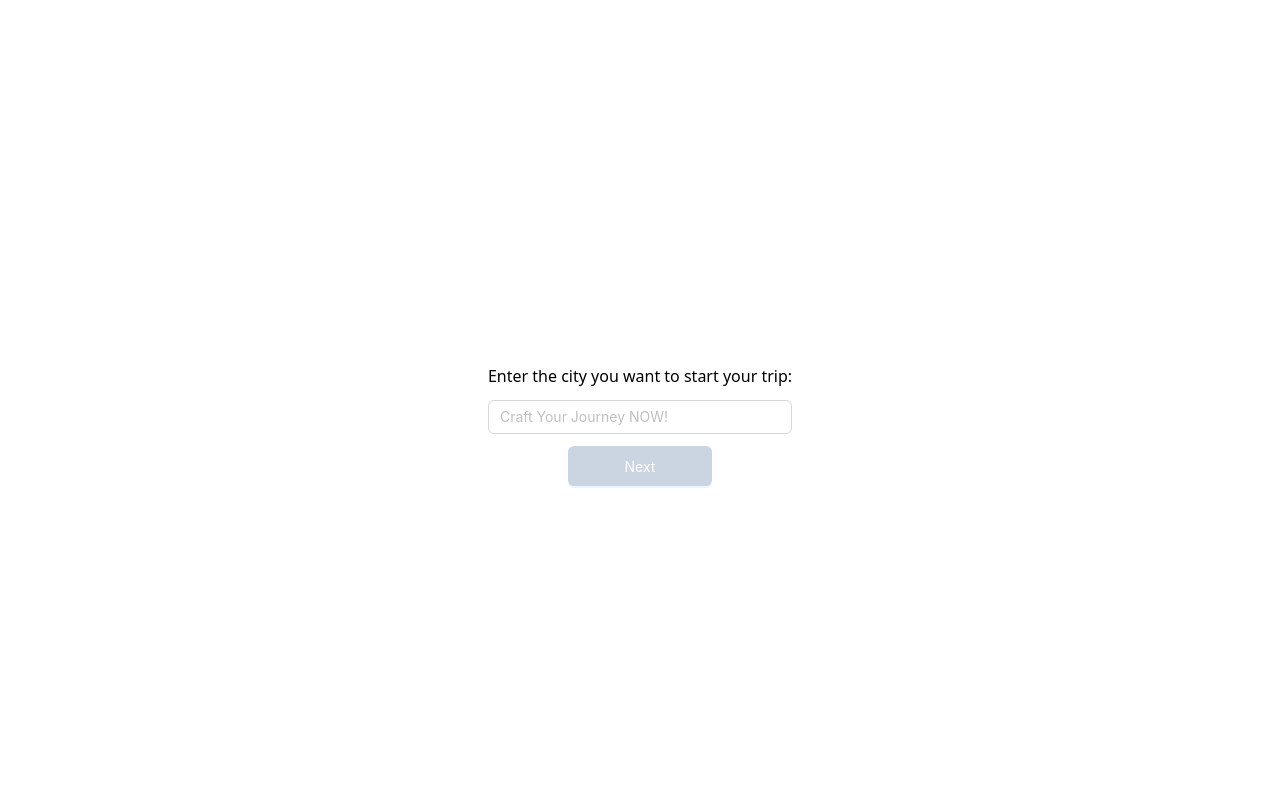
Repository: hjzccc/travel-planner
Page: /
An editor plug-in stored every save of this project. The page is shown before and after the next save, followed by the edit.
The browser window is 1280 px wide. The pictures show the whole page.
The project was rebuilt for these pictures with package versions that can differ from the ones it lists, and the page was loaded fresh each time. The framework's server and built-in components were replaced by stand-ins that run in the browser. Also part of the build but not shown: next.config.js.

Above is the page before, as saved 2023-06-21 00:08:49.

After the next save:
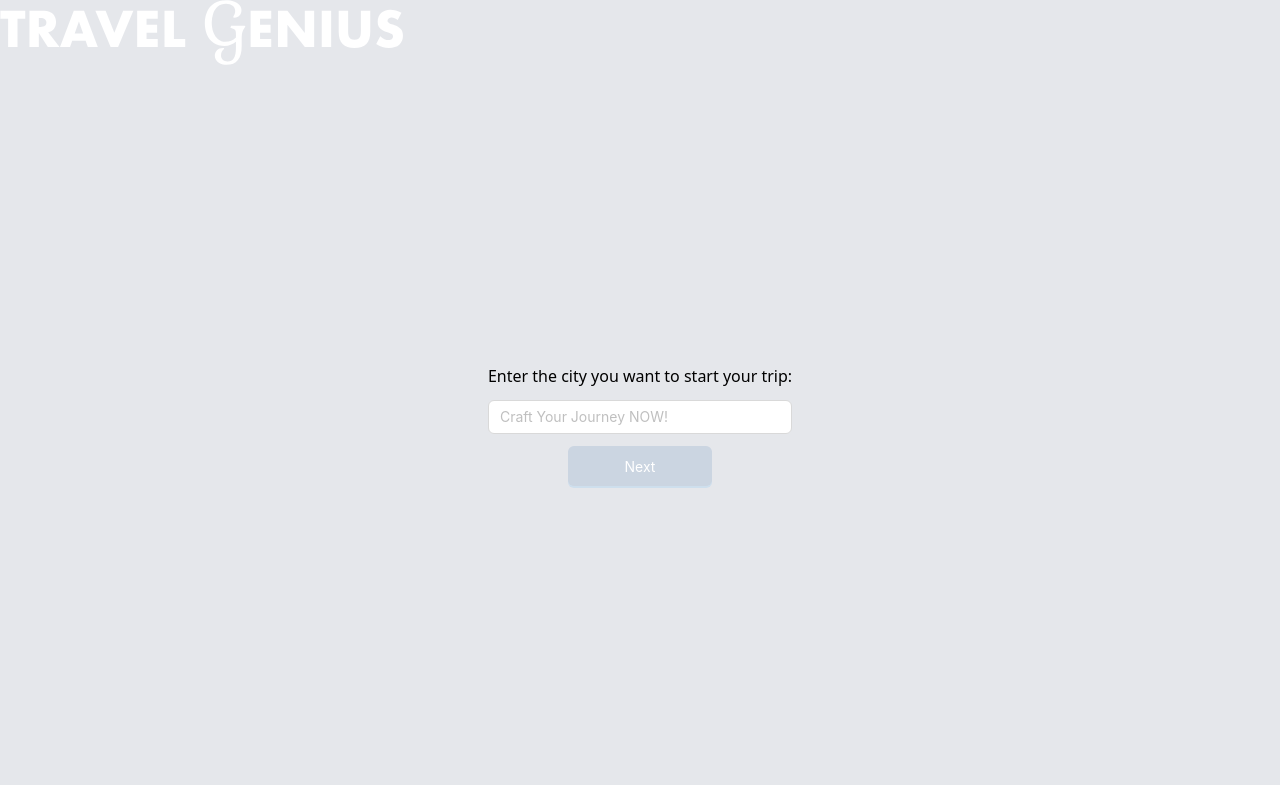
Saved 79 s later.
--- a/app/layout.tsx
+++ b/app/layout.tsx
@@ -10,7 +10,7 @@ export default function RootLayout({
 }) {
   return (
     <html lang="en">
-      <body>
+      <body className="bg-gray-200">
         <Header />
         <Provider store={store}>{children}</Provider>
       </body>
